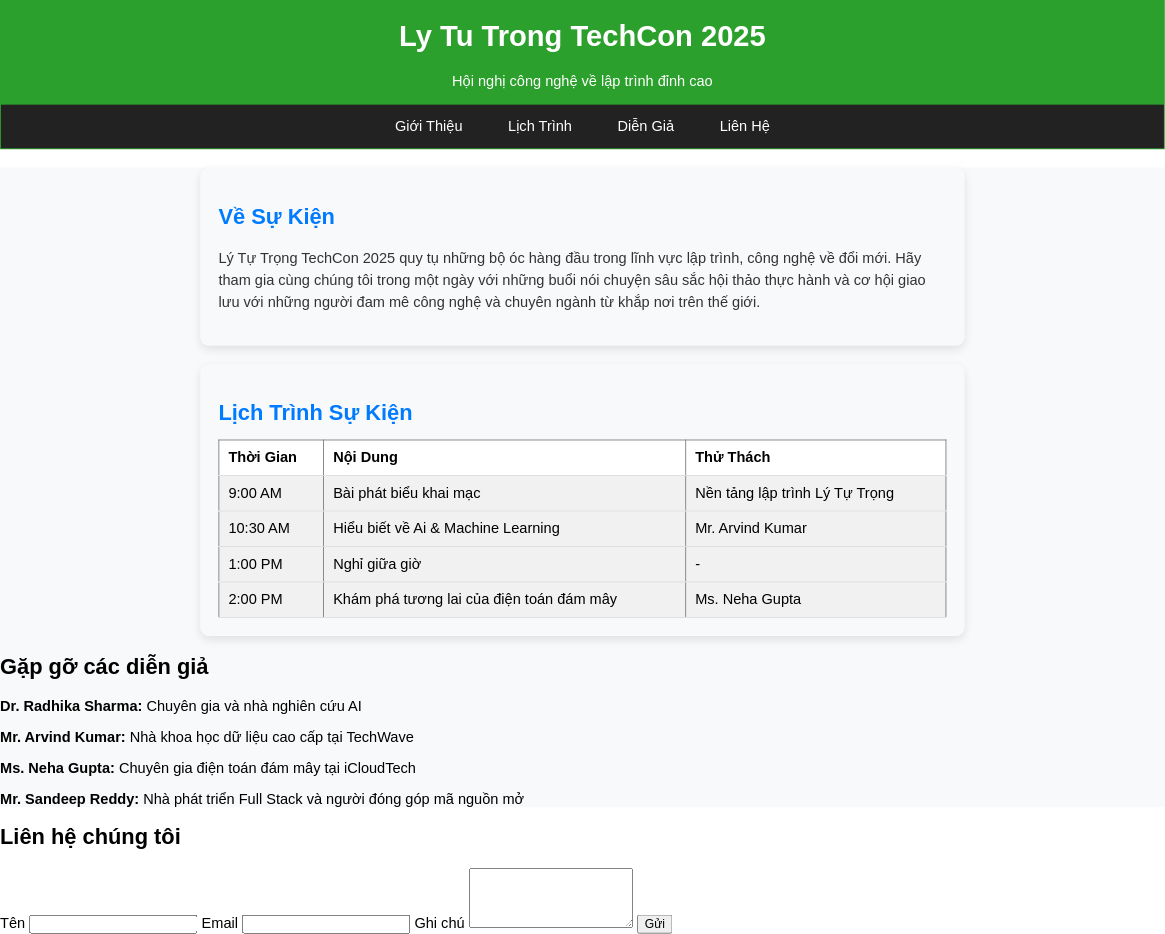
Repository: NhatMinh121/BaiTapVeNha1
Page: index.html
An editor plug-in stored every save of this project. The page is shown before and after the next save, followed by the edit.
The browser window is 1280 px wide. The pictures show the whole page, at 91% of full size.

Above is the page before, as saved 2025-03-28 23:13:25.

### index.html
<!DOCTYPE html>
<html lang="en">

<head>
    <meta charset="UTF-8">
    <meta name="viewport" content="width=device-width, initial-scale=1.0">
    <title>Lý Tự Trọng TechCon 2025</title>
    <link rel="stylesheet" href="style.css">
</head>

<body>
    <header>
        <h1>Ly Tu Trong TechCon 2025</h1>
        <p>Hội nghị công nghệ về lập trình đỉnh cao</p>
        <div class="menu">
            <nav>
                <ul>
                    <li>Giới Thiệu</li>
                    <li>Lịch Trình</li>
                    <li>Diễn Giả</li>
                    <li>Liên Hệ</li>
                </ul>
            </nav>
        </div>

    </header>
    <main>
        <div class="main-event">
            <h2>Về Sự Kiện</h2>
            <p>Lý Tự Trọng TechCon 2025 quy tụ những bộ óc hàng đầu trong lĩnh vực lập trình, công nghệ về đổi mới. Hãy tham gia cùng chúng tôi trong một ngày với những buổi nói chuyện sâu sắc hội thảo thực hành và cơ hội giao lưu với những người đam mê
                công nghệ và chuyên ngành từ khắp nơi trên thế giới.</p>
        </div>
        <div class="main-schedule">
            <h2>Lịch Trình Sự Kiện</h2>
            <table border="1">
                <tr>
                    <td>Thời Gian</td>
                    <td>Nội Dung</td>
                    <td>Thử Thách</td>
                </tr>
                <tr>
                    <th>9:00 AM</th>
                    <th>Bài phát biểu khai mạc</th>
                    <th>Nền tảng lập trình Lý Tự Trọng</th>
                </tr>
                <tr>
                    <th>10:30 AM</th>
                    <th>Hiểu biết về Ai & Machine Learning</th>
                    <th>Mr. Arvind Kumar</th>
                </tr>
                <tr>
                    <th>1:00 PM</th>
                    <th>Nghỉ giữa giờ</th>
                    <th>-</th>
                </tr>
                <tr>
                    <th>2:00 PM</th>
                    <th>Khám phá tương lai của điện toán đám mây</th>
                    <th>Ms. Neha Gupta</th>
                </tr>
            </table>
        </div>
        <div class="Meeting">
            <h2>Gặp gỡ các diễn giả</h2>
            <p><strong>Dr. Radhika Sharma:</strong> Chuyên gia và nhà nghiên cứu AI</p>
            <p><strong>Mr. Arvind Kumar:</strong> Nhà khoa học dữ liệu cao cấp tại TechWave</p>
            <p><strong>Ms. Neha Gupta:</strong> Chuyên gia điện toán đám mây tại iCloudTech</p>
            <p><strong>Mr. Sandeep Reddy:</strong> Nhà phát triển Full Stack và người đóng góp mã nguồn mở</p>
        </div>
    </main>

    <footer>
        <div class="footer-contract">
            <h2>Liên hệ chúng tôi</h2>
            <form action="#" method="post">
                <label for="name">Tên</label>
                <input type="text" id="name" name="name" required>
                <label for="email">Email</label>
                <input type="email" id="email" name="email" required>
                <label for="message">Ghi chú</label>
                <textarea id="message" name="message" rows="4" required></textarea>
                <button type="submit" value="Gửi">Gửi</button>
            </form>
        </div>

    </footer>

</body>

### style.css
body {
    margin: 0;
    padding: 0;
    box-sizing: border-box;
    font-family: Arial, sans-serif;
}

header {
    background-color: #2ca02c;
    color: white;
    padding: 1px;
    text-align: center;
}

.menu {
    background-color: #222;
    padding: 10px 5px;
}

.menu ul {
    list-style: none;
    padding: 0;
    margin: 0;
    display: flex;
    justify-content: center;
    gap: 20px;
}

.menu ul li {
    color: white;
    text-decoration: none;
    font-size: 16px;
    cursor: pointer;
    padding: 5px 15px;
    transition: background 0.3s;
}

.menu ul li:hover {
    background-color: #444;
    border-radius: 5px;
}

main {
    background-color: #f8f9fa;
}

.main-event {
    padding: 20px;
    border-radius: 10px;
    box-shadow: 0px 4px 10px rgba(0, 0, 0, 0.1);
    max-width: 800px;
    margin: 20px auto;
}

.main-event h2 {
    color: #007bff;
    font-size: 24px;
    font-weight: bold;
}

.main-event p {
    font-size: 16px;
    line-height: 1.5;
    color: #333;
}

.main-schedule {
    padding: 20px;
    border-radius: 10px;
    box-shadow: 0px 4px 10px rgba(0, 0, 0, 0.1);
    max-width: 800px;
    margin: 20px auto;
}

.main-schedule h2 {
    color: #007bff;
    font-size: 24px;
    font-weight: bold;
    margin-bottom: 15px;
}

.main-schedule table {
    width: 100%;
    border-collapse: collapse;
    background-color: white;
}

th,
td {
    padding: 10px;
    text-align: left;
    border-bottom: 1px solid #ddd;
}

td {
    font-weight: bolder;
}

th {
    background-color: #f1f1f1;
    font-weight: normal;
}

tr:nth-child(even) {
    background-color: #f9f9f9;
}

tr:hover {
    background-color: #e2e6ea;
}

.meeting {
    padding: 20px;
    border-radius: 10px;
    box-shadow: 0px 4px 10px rgba(0, 0, 0, 0.1);
    max-width: 800px;
    margin: 20px auto;
}

After the next save:
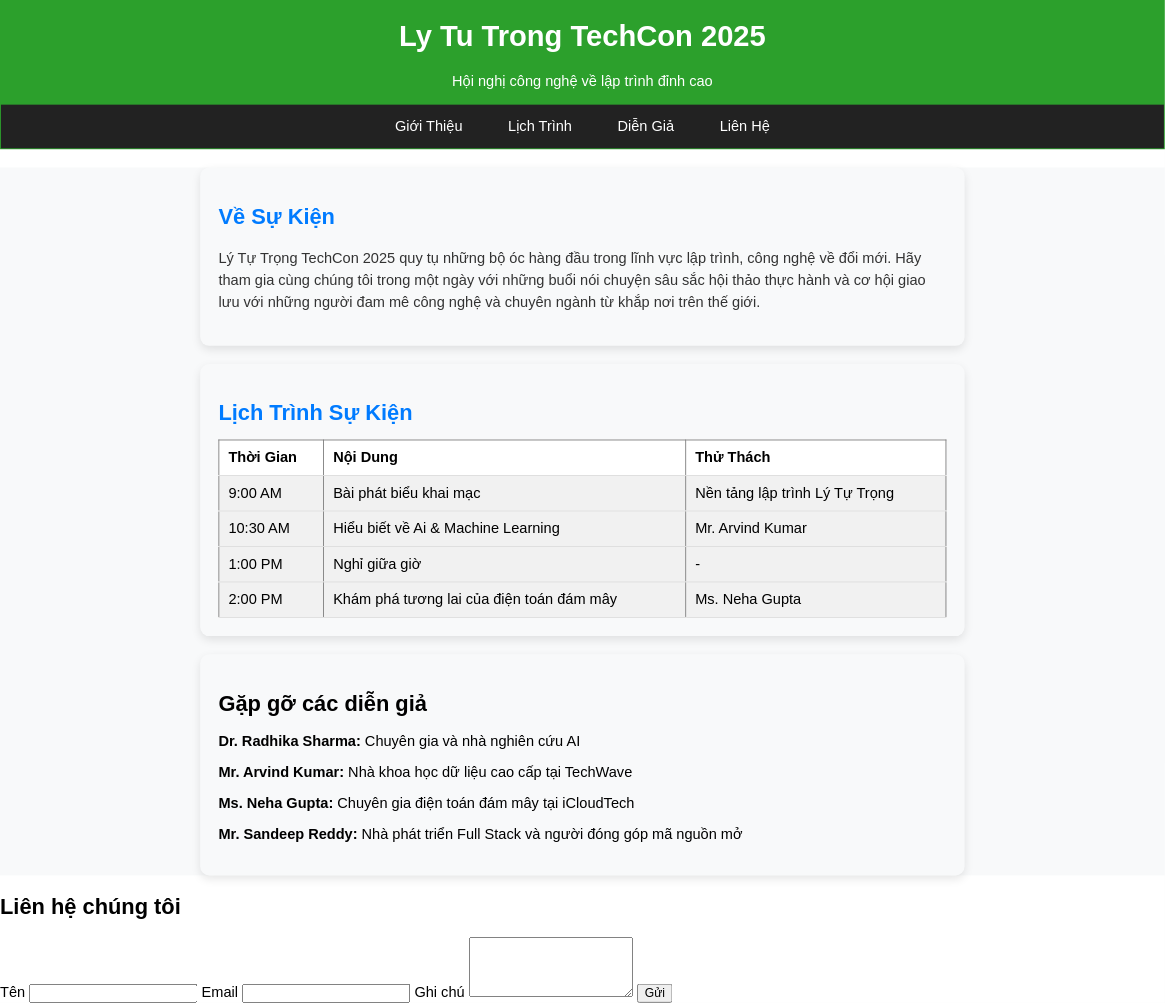
Saved 9 s later.
--- a/style.css
+++ b/style.css
@@ -109,7 +109,7 @@ tr:hover {
     background-color: #e2e6ea;
 }
 
-.meeting {
+.Meeting {
     padding: 20px;
     border-radius: 10px;
     box-shadow: 0px 4px 10px rgba(0, 0, 0, 0.1);
